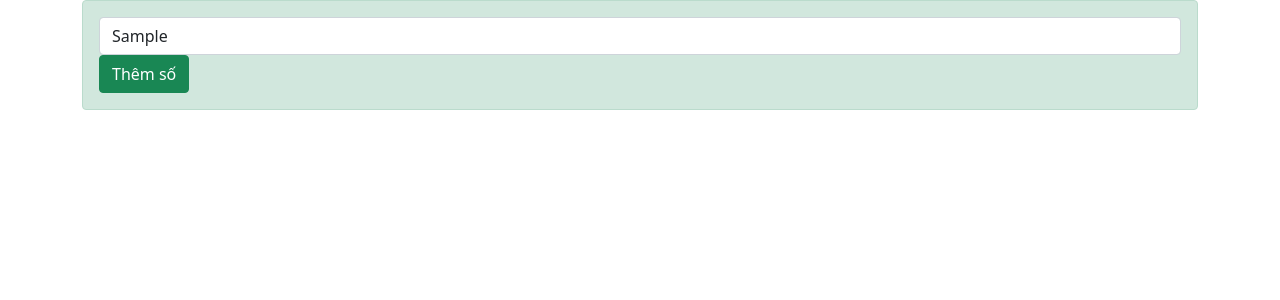
Repository: qkhanh1104k/Js-buoi7-8
Page: index.html
These files come from the project's save history. The page is drawn as it stood at one moment and after the next save; the edit follows.
The browser window is 1280 px wide. The pictures show the whole page.
Empty fields were first filled with sample values (such as "Sample", 5 or name@example.com).
After loading, the first visible `button.btn` was clicked once.

Above is the page before, as saved 2022-07-26 18:47:22.
Console error: SyntaxError: Unexpected token '}'

After the next save:
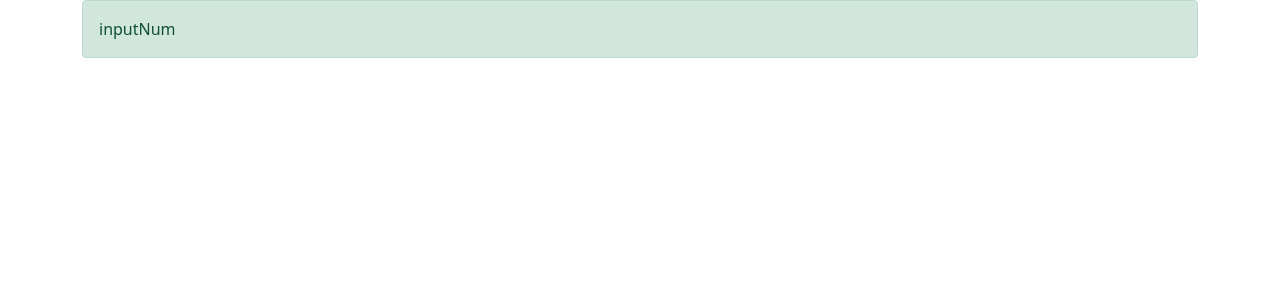
The error is gone.
Saved 70 s later.
--- a/index.js
+++ b/index.js
@@ -2,5 +2,5 @@ var txtNum = [ ];
 var inputNum =document.getElementById("txtNum").value*1
 function addNum(){
     txtNum.push("inputNum");
-    document.getElementById("resultBt1").
+    document.getElementById("resultBt1").innerHTML = txtNum;
 }
